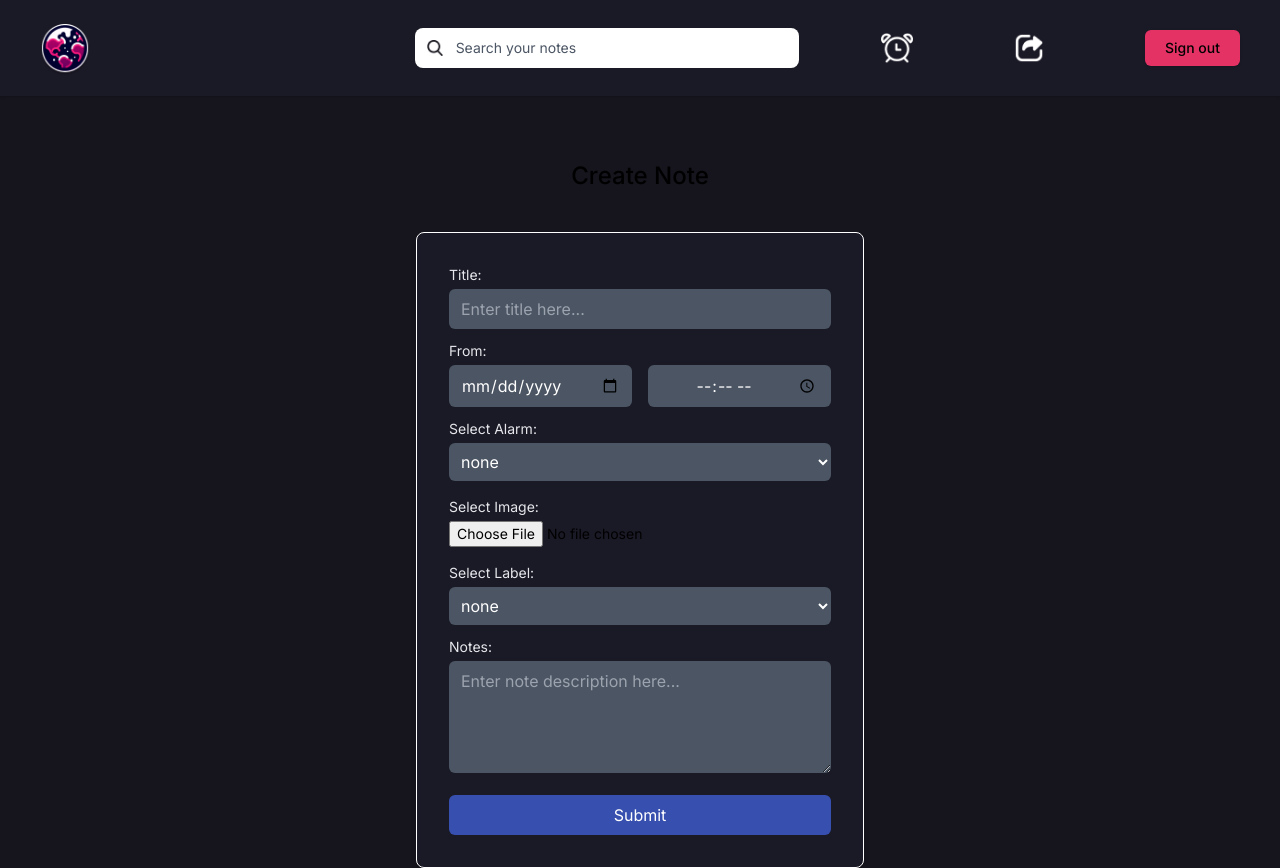
Repository: plan-it-earth/plan-it-earth
Page: /pages/calendar/createnote
These files come from the project's save history. The page is drawn as it stood at one moment and after the next save; the edit follows.
The browser window is 1280 px wide. The pictures show the whole page.
The project was rebuilt for these pictures with package versions that can differ from the ones it lists, and the page was loaded fresh each time. The framework's server and built-in components were replaced by stand-ins that run in the browser. Also part of the build but not shown: next.config.mjs.

Above is the page before, as saved 2024-04-18 19:22:04.

After the next save:
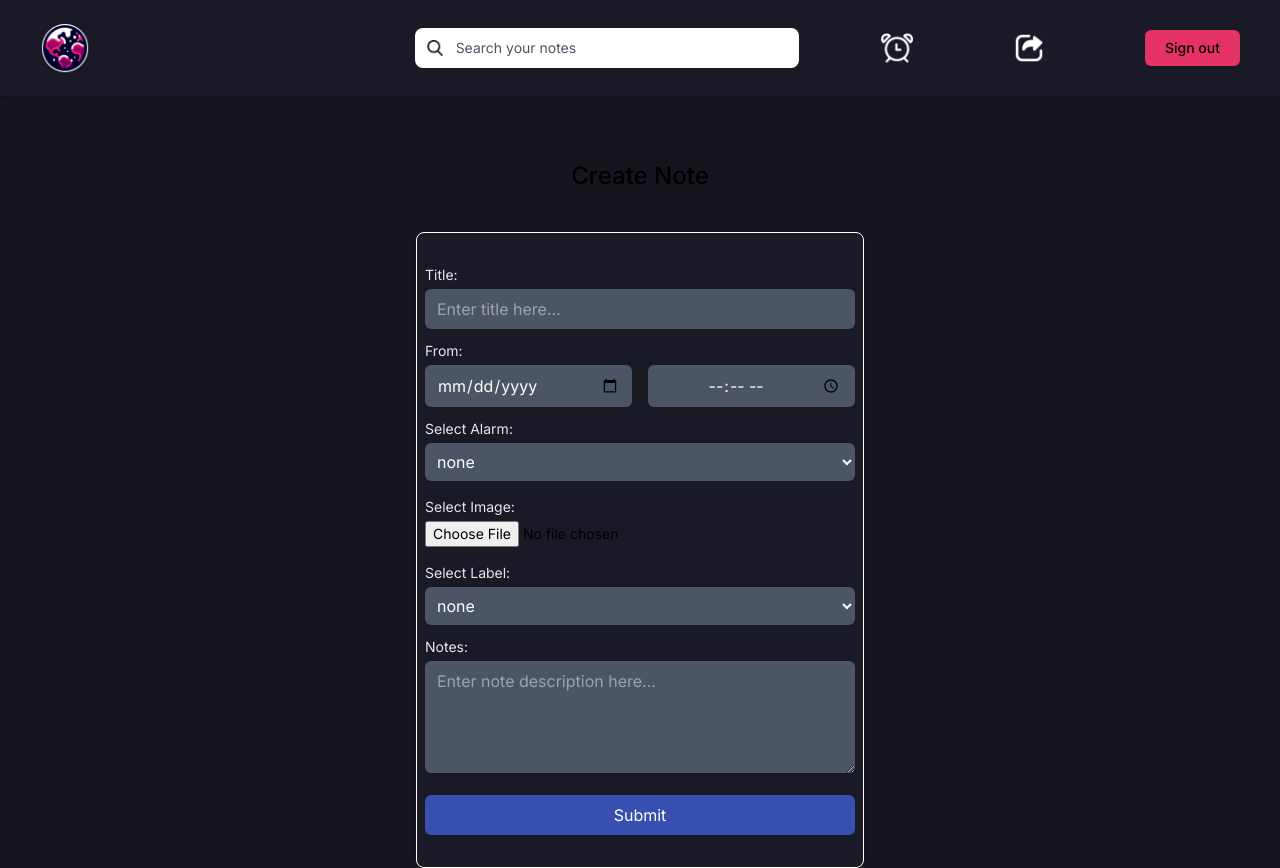
Saved 91 s later.
--- a/app/pages/calendar/createnote/page.jsx
+++ b/app/pages/calendar/createnote/page.jsx
@@ -120,7 +120,7 @@
         <div className="bg-[#16141C] min-h-screen ">
             <Header />
             <h2 className="flex items-center justify-center text-2xl font-medium mt-16">Create Note</h2>
-            <div className="max-w-md mx-auto mt-10 p-8 bg-[#1A1926] rounded-lg shadow-md border border-white">
+            <div className="max-w-md mx-auto px-2 mt-10 p-8 bg-[#1A1926] rounded-lg shadow-md border border-white">
                 <form onSubmit={handleSubmit} className="flex flex-col space-y-4">
                     <div>
 

After the 3 saves that followed:
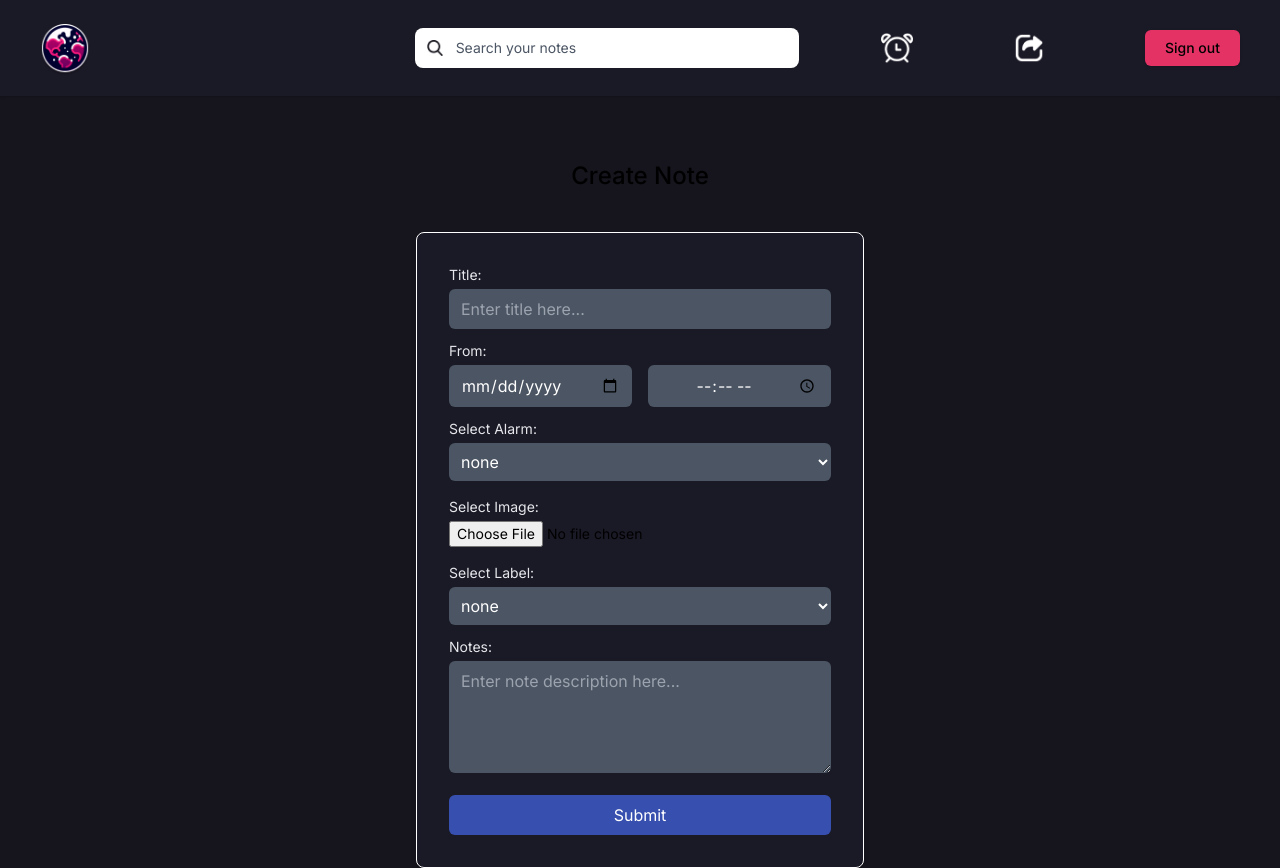
The 3 saves are shown as one change because they came seconds apart.
The last was saved 9 s later.
--- a/app/pages/calendar/createnote/page.jsx
+++ b/app/pages/calendar/createnote/page.jsx
@@ -120,7 +120,7 @@
         <div className="bg-[#16141C] min-h-screen ">
             <Header />
             <h2 className="flex items-center justify-center text-2xl font-medium mt-16">Create Note</h2>
-            <div className="max-w-md mx-auto px-2 mt-10 p-8 bg-[#1A1926] rounded-lg shadow-md border border-white">
+            <div className="max-w-md mx-auto mt-10 p-8 bg-[#1A1926] rounded-lg shadow-md border border-white">
                 <form onSubmit={handleSubmit} className="flex flex-col space-y-4">
                     <div>
 
